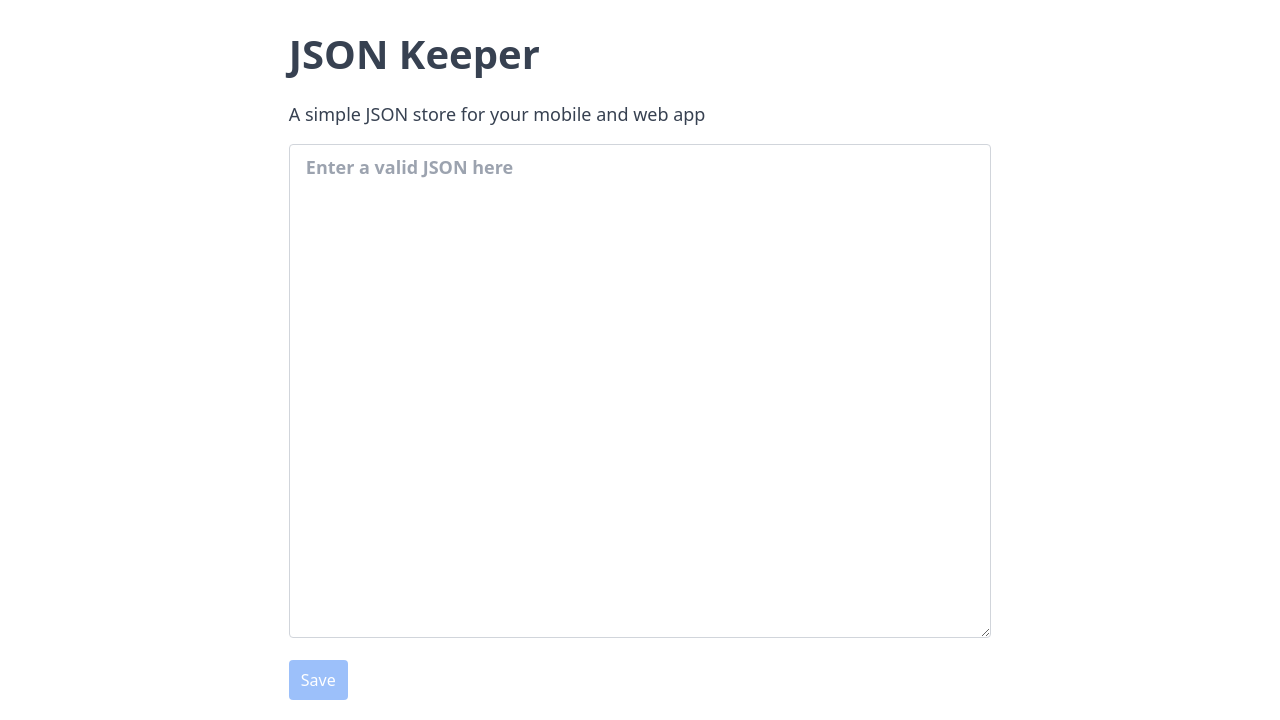
Repository: lakshithapramodya/jsonhub
Page: / (app in client/)
The author's editor kept a copy of each file at every save. The page is drawn from the files as they stood at one save, then again after the next save.
The browser window is 1280 px wide. The pictures show the whole page.
The page's requests for data from a server got no answer. The project was rebuilt for these pictures with package versions that can differ from the ones it lists, and the page was loaded fresh each time. No one was signed in, and anything a server would have sent is missing. Also part of the build but not shown: client/src/HandleJsonData.js.

Above is the page before, as saved 2023-05-10 12:38:03.

After the next save:
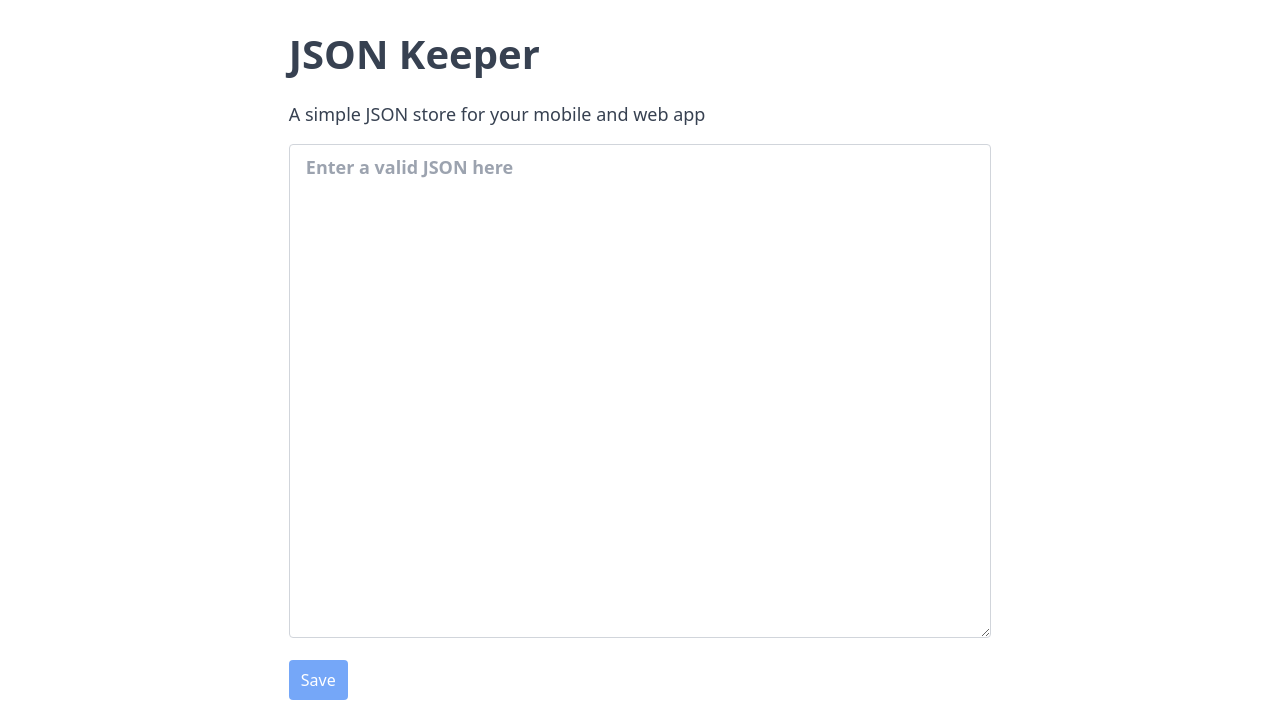
Saved 13 s later.
--- a/client/src/App.js
+++ b/client/src/App.js
@@ -56,7 +56,7 @@ function App() {
             className={`border border-gray-300 w-full rounded p-2 px-4 text-lg font-semibold focus:outline-none`}
           />
           <button
-            className="bg-blue-500 p-2 px-3 rounded text-white disabled:opacity-50"
+            className="bg-blue-500 p-2 px-3 rounded text-white disabled:opacity-70"
             disabled={!isJsonString(input)}
             type="submit"
           >
